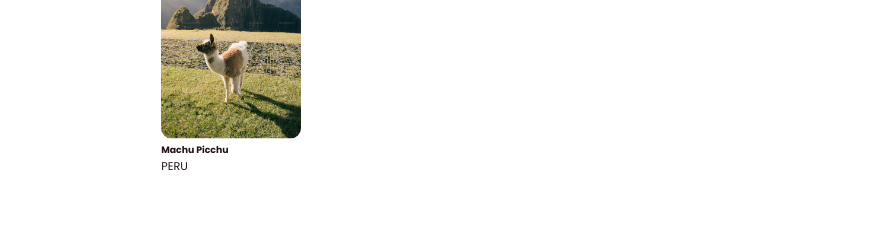
Repository: iamwind-dev/QLTourDuLich
Page: index.html
An editor plug-in stored every save of this project. The page is shown before and after the next save, followed by the edit.
The browser window is 1280 px wide. The pictures show the part of the page from y = 3127 to 5047 px (the page is 3457 px tall before and 5218 px after), at 70% of full size.
Some web fonts or font styles are not loaded; a fallback is used.

Above is the page before, as saved 2023-11-06 00:24:22.

### index.html
<!DOCTYPE htmL>
<html>

<head>
    <meta charset="utf-8">
    <meta name="viewport" content="width=device-width, initial-scale=1" > <title>Complete Travel Website Html Css
    </title>
    <link rel="stylesheet" type="text/css" href="./css/style.css">
    <link rel="stylesheet" href="https://unpkg.com/boxicons@latest/css/boxicons.min.css">
    <link rel="preconnect" href="https://fonts-googleapis.com" >
    <link rel="preconnect" href="https://fonts.gstatic.com" crossorigin>
    <link href="https://fonts.googleapis.com/css2?family=Paytone+One&family=Poppins:wght@100;200;300;400;500;600;700;800;900&display=swap" rel="stylesheet">
</head>
<body>
<!-- header -->

<header>
    <a href="#" class="logo">Travel</a>
    <div class="bx bx-menu" id="menu-icon"></div>
        <ul class="navbar">
            <li><a href="#">Home</a></li>
            <li><a href="#">Package</a></li>
            <li><a href="#">Destination</a></li>
            <li><a href="#">Contact Us</a></li>
        </ul>
</header>
<!-- Home section -->

<section class="home" id="home">
    <div class="home-text">
        <h1>Duong <br> Travel</h1>
        <p>EMmdadas</p>
        <a href="#" class="home-btn">Let go now</a>
    </div>
</section>
<!-- Container -->
<section class="container">
    <div class="text">
        <h2>Start Your Vacation <br>with Lots of Services!</h2>
    </div>
    <div class="row-items">
        <div class="container-box">
            <div class="container-img">
                <img src="./img/icons8-ship-80.png" alt="">
            </div>
            <h4>Ship Cruises</h4>
            <p>150 Properties</p>
        </div>

        <div class="container-box">
            <div class="container-img">
                <img src="./img/icons8-hamburger-80.png" alt="">
            </div>
            <h4>Food Tour</h4>
            <p>150 Properties</p>
        </div>

        <div class="container-box">
            <div class="container-img">
                <img src="./img/icons8-summer-80.png" alt="">
            </div>
            <h4>Summer</h4>
            <p>150 Properties</p>
        </div>

        <div class="container-box">
            <div class="container-img">
                <img src="./img/icons8-mountain-80.png" alt="">
            </div>
            <h4>Mountains Trip</h4>
            <p>150 Properties</p>
        </div>

    </div>
</section>

<!-- Package Section -->

<section class="package" id="package">
    <div class="title">
        <h2>
            Our Upcoming <br> Tour Package
        </h2>
    </div>
    <div class="package-content">
        <div class="box">
            <div class="thum">
                <img src="./img/sabrina-mazzeo-g-krQzQo9mI-unsplash.jpg" alt="" width="200px" style="border-radius: 15px;">
                <h3>$499</h3>
            </div>
            <div class="dest-content">
                <div class="location">
                    <h4>London</h4>
                    <p>4 - 5h</p>
                </div>
                <div class="stars">
                    <a href="#">
                        <i class="bx bxs-star"></i>
                    </a>
                    <a href="#">
                        <i class="bx bxs-star"></i>
                    </a>
                    <a href="#">
                        <i class="bx bxs-star"></i>
                    </a>
                    <a href="#">
                        <i class="bx bxs-star"></i>
                    </a>
                    <a href="#">
                        <i class="bx bxs-star"></i>
                    </a>
                </div>
            </div>
        </div>

        <div class="box">
            <div class="thum">
                <img src="./img/robert-bye-WTPp4wgourk-unsplash.jpg" alt="" width="200px" style="border-radius: 15px;">
                <h3>$499</h3>
            </div>
            <div class="dest-content">
                <div class="location">
                    <h4>New York</h4>
                    <p>4 - 5h</p>
                </div>
                <div class="stars">
                    <a href="#">
                        <i class="bx bxs-star"></i>
                    </a>
                    <a href="#">
                        <i class="bx bxs-star"></i>
                    </a>
                    <a href="#">
                        <i class="bx bxs-star"></i>
                    </a>
                    <a href="#">
                        <i class="bx bxs-star"></i>
                    </a>
                    <a href="#">
                        <i class="bx bxs-star"></i>
                    </a>
                </div>
            </div>
        </div>

        <div class="box">
            <div class="thum">
                <img src="./img/ryan-miglinczy-02n9_v-d1yY-unsplash.jpg" alt="" width="200px" style="border-radius: 15px;">
                <h3>$499</h3>
            </div>
            <div class="dest-content">
                <div class="location">
                    <h4>Dubai</h4>
                    <p>4 - 5h</p>
                </div>
                <div class="stars">
                    <a href="#">
                        <i class="bx bxs-star"></i>
                    </a>
                    <a href="#">
                        <i class="bx bxs-star"></i>
                    </a>
                    <a href="#">
                        <i class="bx bxs-star"></i>
                    </a>
                    <a href="#">
                        <i class="bx bxs-star"></i>
                    </a>
                    <a href="#">
                        <i class="bx bxs-star"></i>
                    </a>
                </div>
            </div>
        </div>



    </div>
</section>

<!-- Destination -->
<section>
    <div class="destination" id="destination">
        <div class="title">
            <h2>Out Most Popular <br> Destination!</h2>
        </div>

        <div class="destination-content">
            <div class="col-content">
                <img src="./img/premium_photo-1694542947671-03a7d921cc85.png" alt="" width="200px" style="border-radius: 15px;">
                <h5>Machu Picchu</h5>
                <p>PERU</p>
            </div>
            <div class="col-content">
                <img src="./img/premium_photo-1694542947671-03a7d921cc85.png" alt="" width="200px" style="border-radius: 15px;">
                <h5>Machu Picchu</h5>
                <p>PERU</p>
            </div>


        </div>

    </div>
</section>
<!-- link to JS -->
  <script type="text/javascript" src="./js/script.js"></script>
</body>

</html>

### css/style.css
*{
padding: 0;
margin: 0;
box-sizing: border-box;
font-family: 'Poppins', sans-serif;
text-decoration: none;
list-style: none;
scroll-behavior: smooth;
}
:root{
--bg-color: #fff;
--text-color: #221314;
--second-color: #5a7184;
--main-color: #6e54fa;
--big-font: 6rem;
--h2-font: 3rem;
--p-font: 1.1rem;
}
body{
    background: var(--bg-color);
    color: var(--text-color);
}
header{
    position: fixed;
    top: 0;
    right: 0;
    width: 100%;
    z-index: 1000;
    display: flex;
    align-items: center;
    justify-content: space-between;
    background: transparent;
    padding: 30px 18%;
    transition: ease .40s;
}

.logo{
    font-size: 35px;
    font-weight: 600;
    letter-spacing: 1px;
    color: var(--bg-color);

}

.navbar{
    display: flex;

}

.navbar a{
    color: var(--bg-color);
    font-size: var(--p-font);
    font-weight: 500;
    padding:10px 22px;
    border-radius: 4px;
    transition: ease .40s;

}

.navbar a:hover{
    background: var(--bg-color);
    color: var(--text-color);
    box-shadow: 5px 10px 30px rgb(85 85 85/20%);
    border-radius: 4px;
}

#menu-icon{
    color: var(--bg-color);
    font-size: 35px;
    z-index: 10001;
    cursor: pointer;
    display: none;
}

section{
    padding: 80px 18%;
}
.home{
    position: relative;
    width: 100%;
    height: 100vh;
    background: url(/img/wallpaperflare.com_wallpaper3.jpg);
    background-size: cover;
    background-position: center;
    display: grid;
    grid-template-columns: repeat(1,1fr);
    align-items: center;
}
.home-text h1{
 font-size: var(--big-font);
 line-height: 1.2;
 color: var(--bg-color);
 font-family: 'Paytone One', sans-serif;
 letter-spacing: 4px;
 margin-bottom: 20px;
}

.home-text p{
    color: #ffffffbf;
    font-size: 20px;
    font-weight: 400;
    line-height: 38px;
    margin-bottom: 50px;

}
.home-btn{
    display: inline-block;
    font-size: 16px;
    padding: 15px 30px;
    background: #ffffffbf;
    color: var(--main-color);
    border-radius: 4px;
    transition: ease .40s;
}
.home-btn:hover{
    background: var(--bg-color);
    transform: scale(1.1);

}
header.sticky{
    background: var(--bg-color);
    padding: 10px 18%;
    box-shadow: rgba(33, 35, 38, 0.1) 0px 10px 10px -10px;
}
.sticky .logo{
    color: var(--text-color);
}
.sticky .navbar a{
    color: var(--text-color);
}
.text h2{
    font-size: var(--h2-font);
    line-height: 1.1;

}

.row-items{
    display: grid;
    grid-template-columns: repeat(auto-fit,minmax(200px,auto));
    grid-gap: 2rem;
    align-items: center;
    text-align: center;
    margin-top: 5rem;

}
.container-box{
    background: var(--bg-color);
    border: 1px solid #f0eded;
    padding: 50px 10px;
    border-radius: 4px;
    transition: all 1s ease 0s ;
    cursor: pointer;
}
.container-img img{
    height: 85px;
    width: 85px;
    padding: 15px;
    background: var(--bg-color);
    box-shadow: 5px 10px 30px rgb(219, 219, 214);
    border-radius: 4px;
    margin-bottom: 15px;
    cursor: pointer;
}
.container-box h4{
    font-size: 24px;
    font-weight: 600;
    margin-bottom: 8px;

}

.container-box p{
    font-size: 15px;
    color: var(--second-color);

}
.container-box:hover{
    box-shadow: 5px 30px 56.1276px rgb(160, 159, 159);
    border: 1px solid transparent;
    transform: translateY(-3px);
}
.title{
    text-align: center;
}
.title h2{
    font-size: var(--h2-font);
    line-height: 1.2;
}

.package-content{
    display: grid;
    grid-template-columns: repeat(auto-fit,minmax(200px,auto));
    grid-gap: 2rem;
    align-items: center;
    margin-top: 5rem;
}
.thum{
    position: relative;
    transition: all .3s cubic-bezier(.445,.05,.55.95);
    will-change: filter;
    cursor: pointer;
}
.thum img{
    width: 100%;
    height: auto;

}

.thum h3{
    position: absolute;
    font-size: 25px;
    font-weight: 600;
    text-align: right;
    color: var(--bg-color);
    top:20px;
    right: 20px;
}
.dest-content{
    display: flex;
    flex-wrap: wrap;
    align-items: center;
    justify-content: space-between;
    padding-top: 24px;

}

.stars i{
    color: var(--main-color);
    font-size: 20px;

}

.location h4{
    font-size: 24px;
    font-weight: 600;
    margin-bottom: 8px;

}

.location p{
    font-size: 15px;
    color: var(--second-color);

}

.thum:hover{
    filter: brightness(100%) hue-rotate(50deg);
    transform: scale(1.04);

}

### js/script.js
const header = document.querySelector("header");

window.addEventListener("scroll", function () {
    header.classList.toggle("sticky", window.scrollY>0);
})

After the next save:
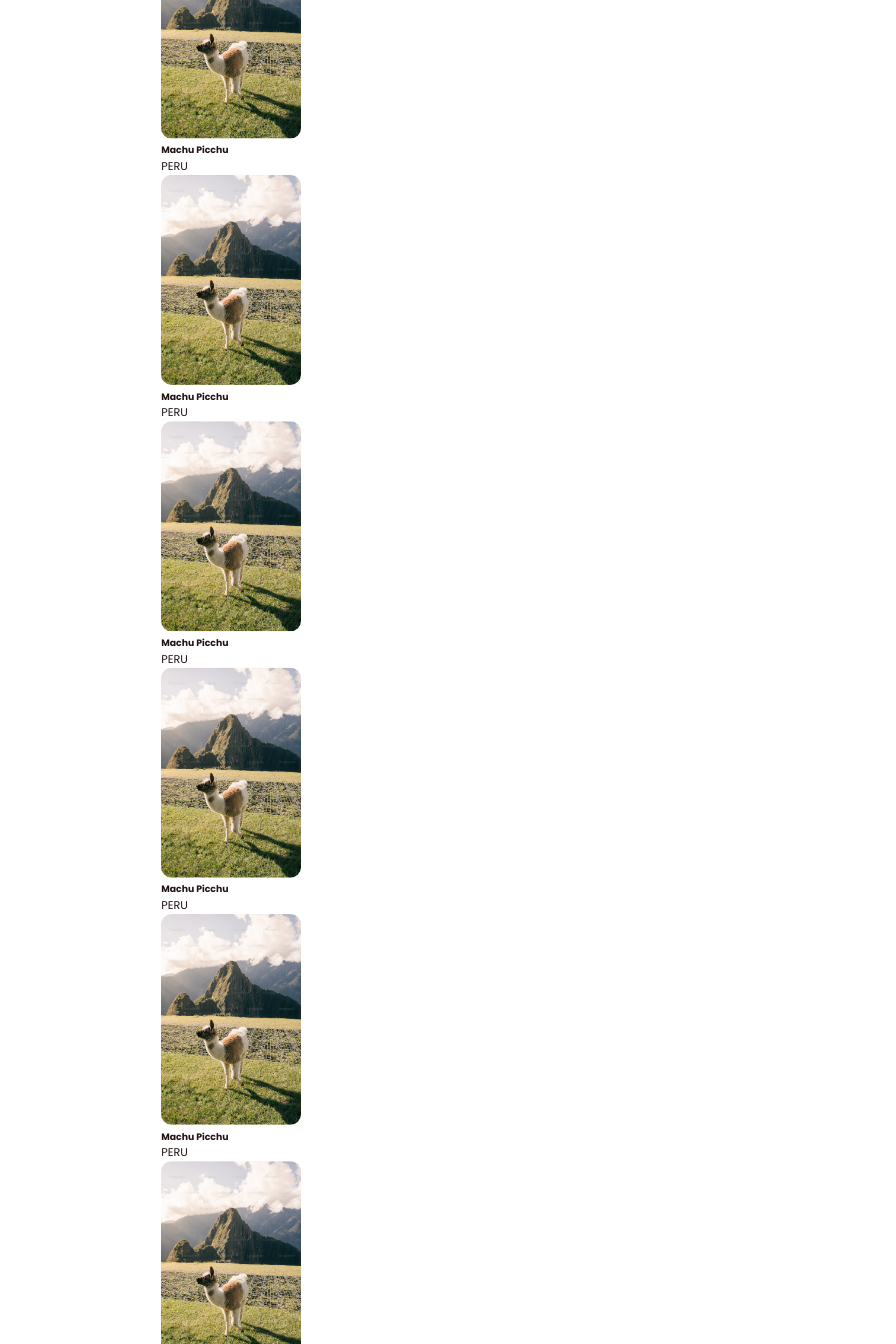
Saved 6 s later.
--- a/index.html
+++ b/index.html
@@ -197,7 +197,35 @@
                 <p>PERU</p>
             </div>
 
-
+            <div class="col-content">
+                <img src="./img/premium_photo-1694542947671-03a7d921cc85.png" alt="" width="200px" style="border-radius: 15px;">
+                <h5>Machu Picchu</h5>
+                <p>PERU</p>
+            </div>
+
+            <div class="col-content">
+                <img src="./img/premium_photo-1694542947671-03a7d921cc85.png" alt="" width="200px" style="border-radius: 15px;">
+                <h5>Machu Picchu</h5>
+                <p>PERU</p>
+            </div>
+
+            <div class="col-content">
+                <img src="./img/premium_photo-1694542947671-03a7d921cc85.png" alt="" width="200px" style="border-radius: 15px;">
+                <h5>Machu Picchu</h5>
+                <p>PERU</p>
+            </div>
+
+            <div class="col-content">
+                <img src="./img/premium_photo-1694542947671-03a7d921cc85.png" alt="" width="200px" style="border-radius: 15px;">
+                <h5>Machu Picchu</h5>
+                <p>PERU</p>
+            </div>
+
+            <div class="col-content">
+                <img src="./img/premium_photo-1694542947671-03a7d921cc85.png" alt="" width="200px" style="border-radius: 15px;">
+                <h5>Machu Picchu</h5>
+                <p>PERU</p>
+            </div>
         </div>
 
     </div>
